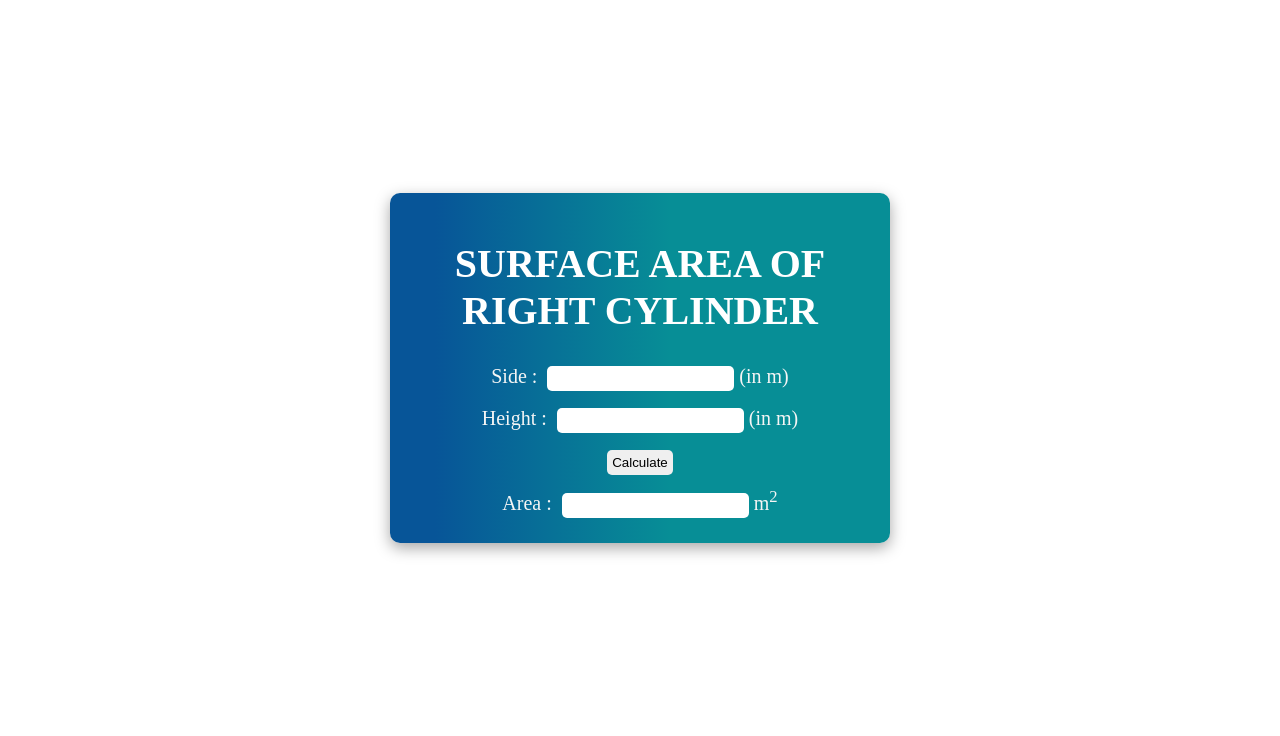
Repository: Oviya24032K6/MathServer
Page: oviya/mathapp/templates/mathapp/maths.html
The author's editor kept a copy of each file at every save. The page is drawn from the files as they stood at one save, then again after the next save.
The browser window is 1280 px wide. The pictures show the whole page.
The template is drawn by Django 5.2. The application's start-up code is not run. Other server files are loaded and not shown. The template is opened directly, without the code that normally fills it, so the values that code supplies are empty.

Above is the page before, as saved 2024-04-01 14:14:33.

### oviya/mathapp/templates/mathapp/maths.html
<html>
    <head>
        <meta charset='utf-8'>
        <meta http-equiv='X-UA-Compatible' content='IE=edge'>
        <title>SURFACEAREA OF RIGHT CYLIDER</title>
        <meta name='viewport' content='width=device-width, initial-scale=1'>
        <style type="text/css">
            body {
                background-color:white;
            }

            .edge {
                display: flex;
                height: 100vh;
                width: 100%;
                justify-content: center;
                align-items: center;
            }

            .box {
                display: block;
                width: 500px;
                min-height: 300px;
                font-size: 20px;
                background: rgb(7,85,152);
                background: linear-gradient(90deg, rgba(7,85,152,1) 9%, rgba(7,142,150,1) 56%);
                border-radius: 10px;
                box-shadow: rgba(0, 0, 0, 0.35) 0px 5px 15px;
            }

            .formelt {
                color: whitesmoke;
                text-align: center;
                margin-top: 7px;
                margin-bottom: 6px;
            }

            h1 {
                color: white;
                text-align: center;
                padding-top: 20px;
            }
            input{
                margin: 5px;
                padding: 5px;
                border-radius: 5px;
                border: none;

            }
        </style>
<body>
    <div class="edge">
        <div class="box">
            <h1>SURFACE AREA OF RIGHT CYLINDER</h1>
            <form method="POST">
                {% csrf_token %}
                <div class="formelt">
                    Side : <input type="text" name="radius" value="{{r}}"></input>(in m)<br />
                </div>
                <div class="formelt">
                    Height : <input type="text" name="height" value="{{h}}"></input>(in m)<br />
                </div>
                <div class="formelt">
                    <input type="submit" value="Calculate"></input><br />
                </div>
                <div class="formelt">
                    Area : <input type="text" name="area" value="{{area}}"></input>m<sup>2</sup><br />
                </div>
            </form>
        </div>
    </div>
</body>
</head>
</html>

After the next save:
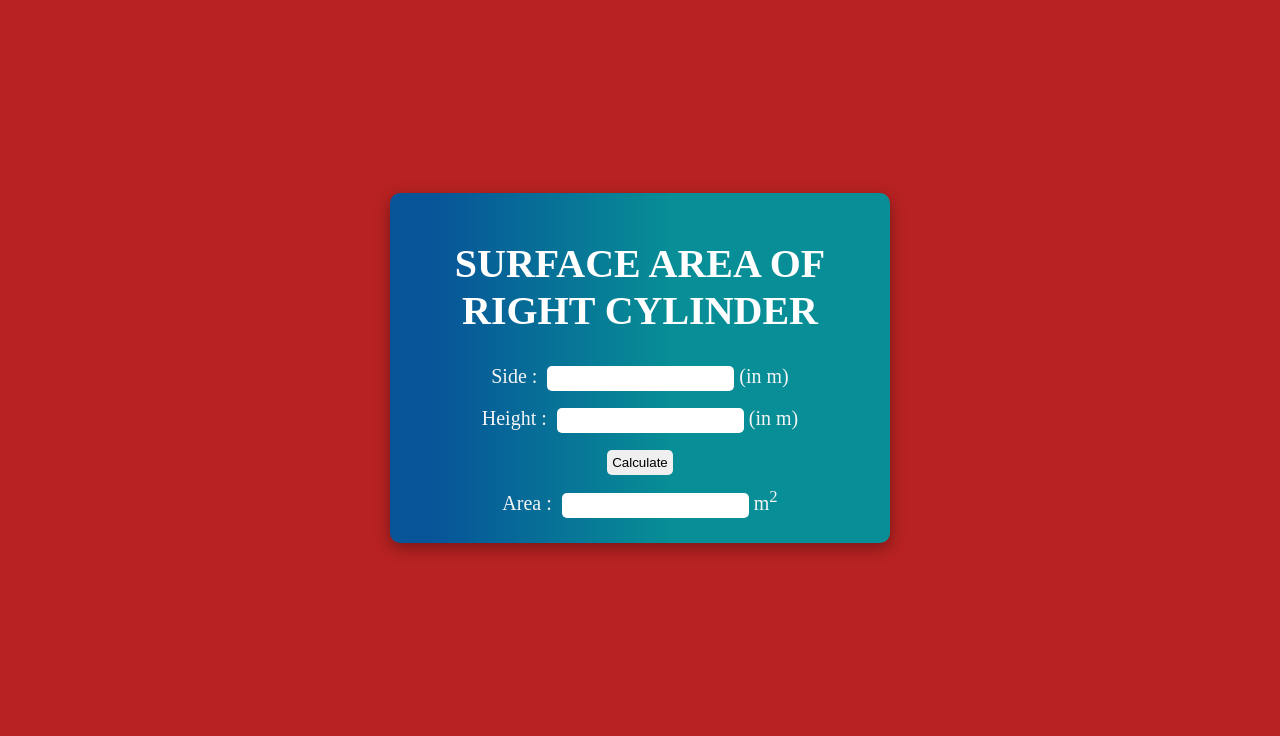
Saved 2 min 20 s later.
--- a/oviya/mathapp/templates/mathapp/maths.html
+++ b/oviya/mathapp/templates/mathapp/maths.html
@@ -6,7 +6,7 @@
         <meta name='viewport' content='width=device-width, initial-scale=1'>
         <style type="text/css">
             body {
-                background-color:white;
+                background-color:rgb(184, 34, 34);
             }
 
             .edge {
